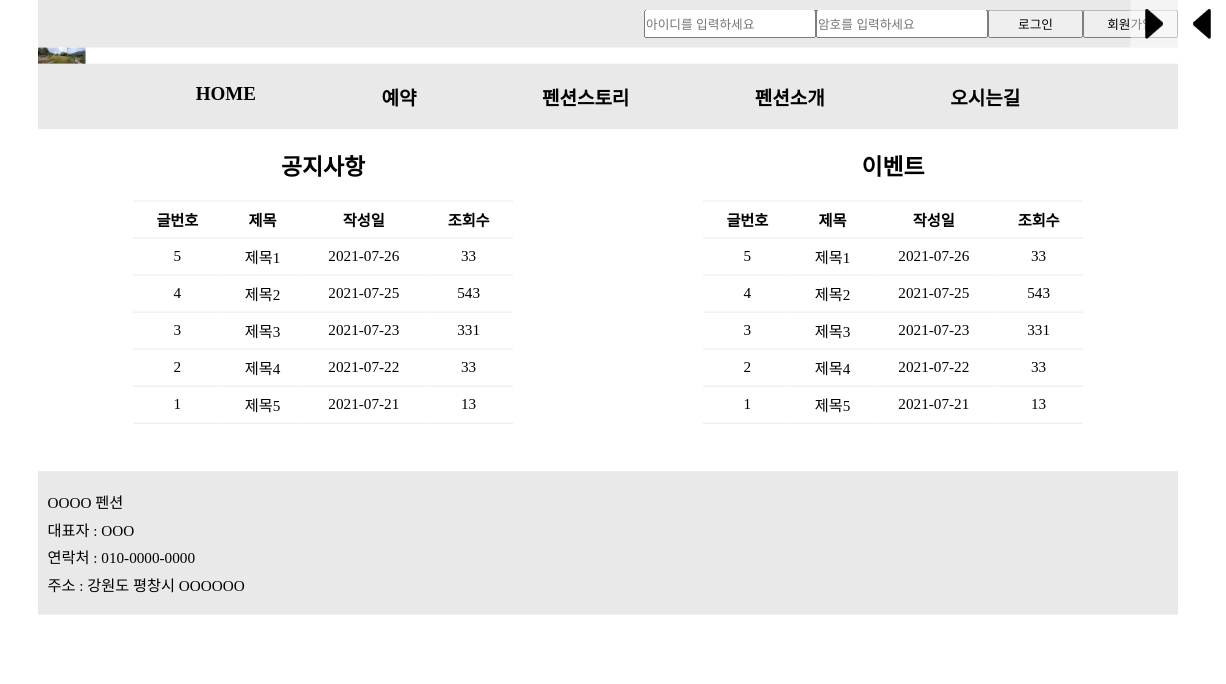
Repository: cdnwell/Jsp
Page: http://localhost/total/
An editor plug-in stored every save of this project. The page is shown before and after the next save, followed by the edit.
The browser window is 1280 px wide. The page is 1290 px wide, then 1280 px, then 1290 px, so the pictures cover 1290 px, including what lies to the right of the window. The pictures show the whole page, at 95% of full size.
The page is served by Tomcat 9.

Above is the page before, as saved 2022-06-30 06:48:39.

After the next save:
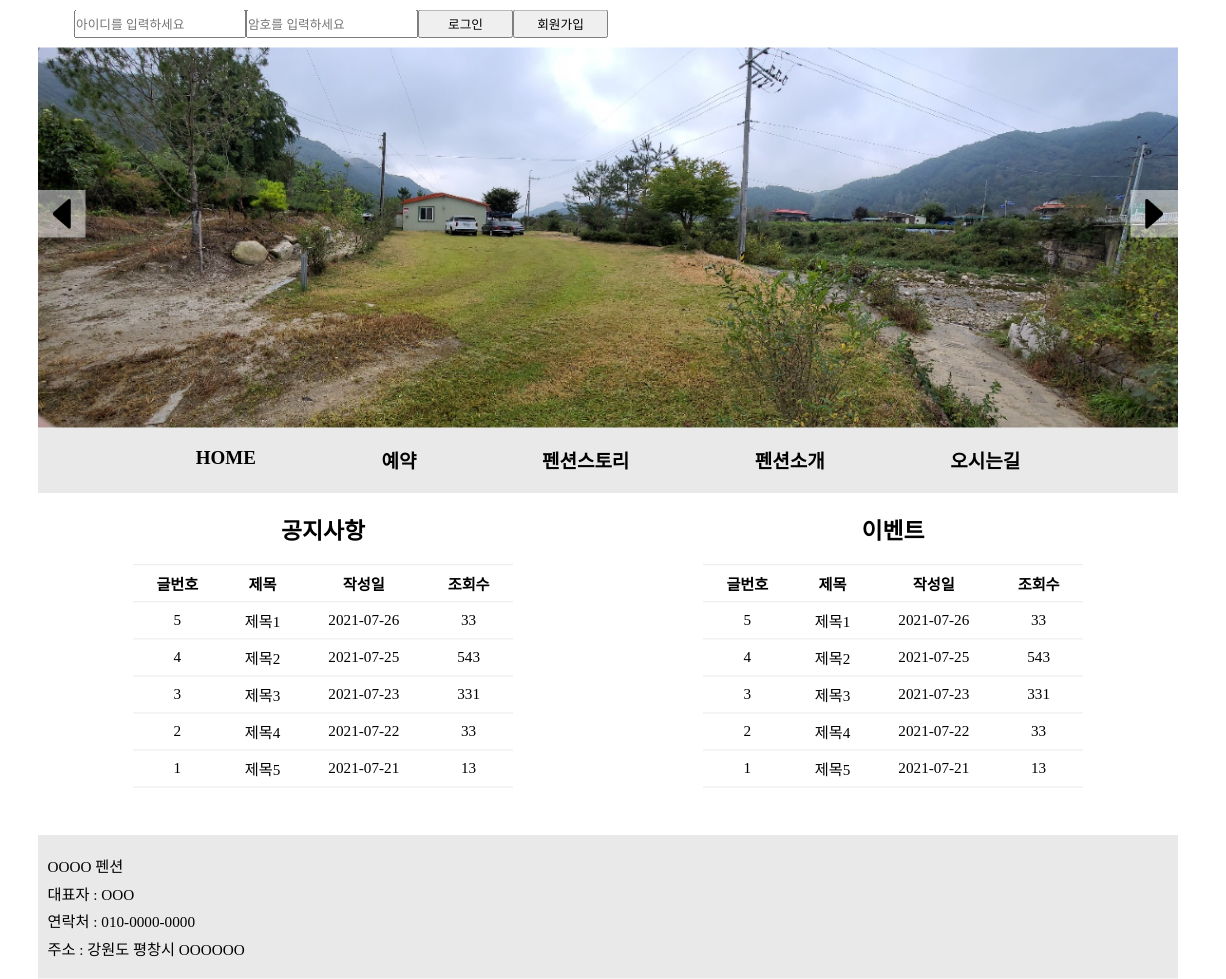
Saved 40 s later.
--- a/total/src/main/webapp/template/pheader.jsp
+++ b/total/src/main/webapp/template/pheader.jsp
@@ -93,7 +93,7 @@
 
 
 <header>
-	<div id="member_bar">
+
 		<%
 		String id = (String) session.getAttribute("id");
 

After the save that followed:
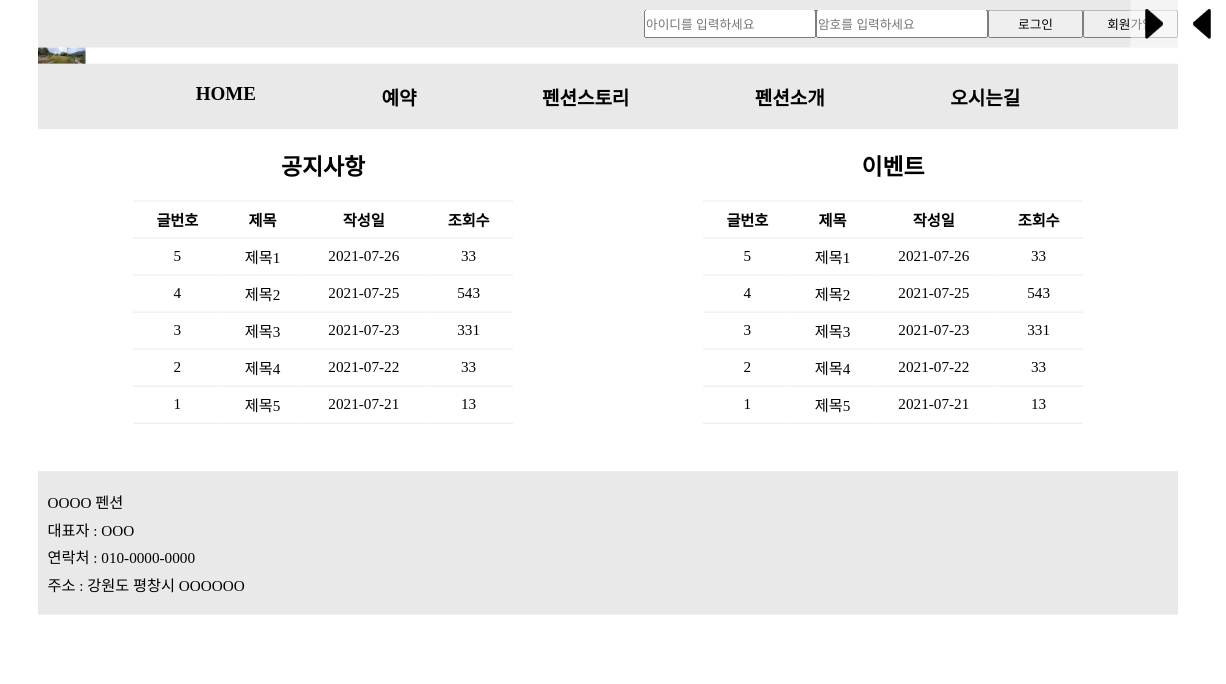
Saved 6 s later.
--- a/total/src/main/webapp/template/pheader.jsp
+++ b/total/src/main/webapp/template/pheader.jsp
@@ -93,7 +93,7 @@
 
 
 <header>
-
+	<div id="member_bar">
 		<%
 		String id = (String) session.getAttribute("id");
 
